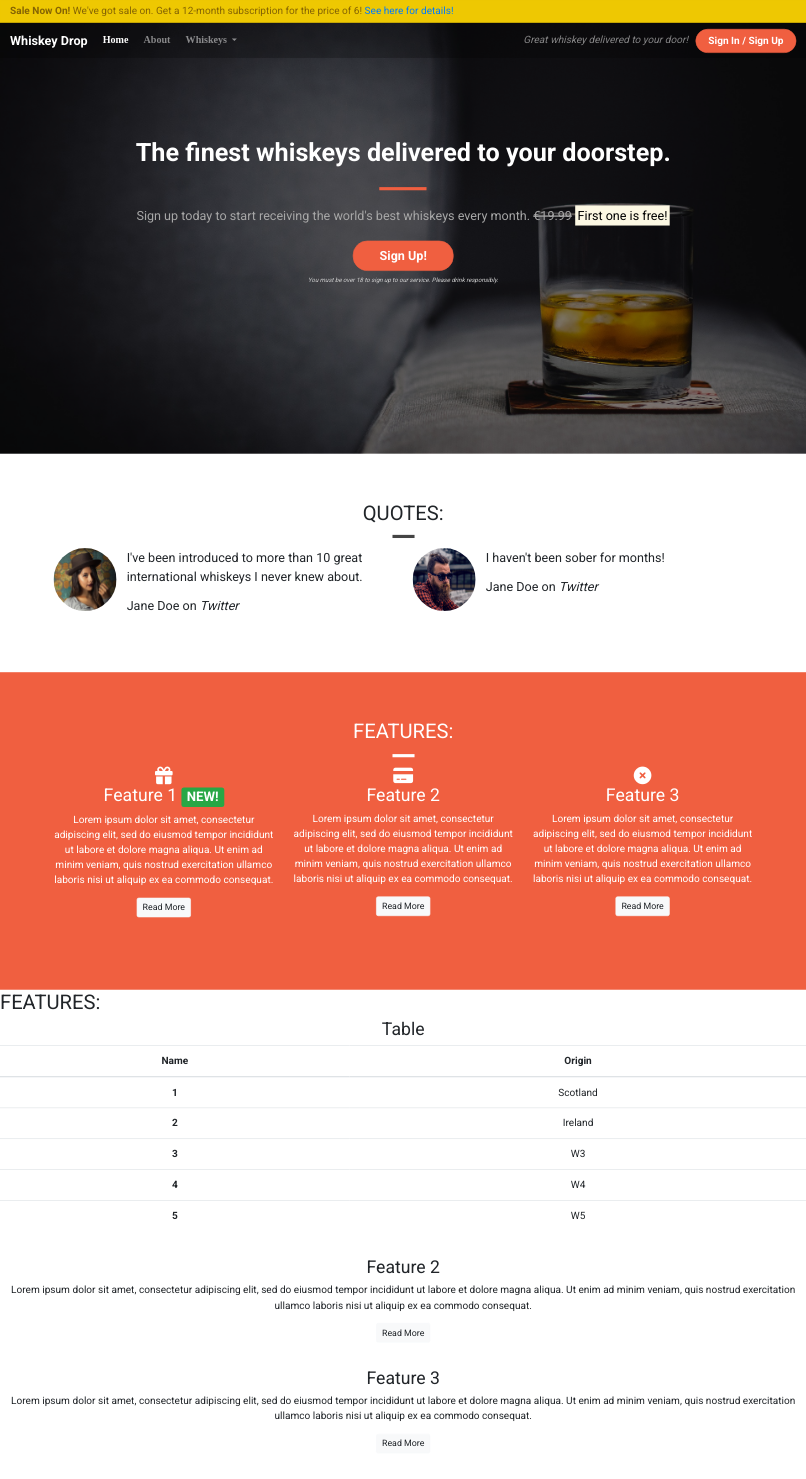
Repository: Coder731/blank_for_aws
Page: index2.html
The author's editor kept a record of every edit. The page is drawn from the files as they stood at one moment, then again after the next edit.
The browser window is 1280 px wide. The pictures show the whole page, at 63% of full size.
Backgrounds fixed to the window are drawn as part of the page. Some web libraries are served in a nearby version.

Above is the page before.

### index2.html
<!DOCTYPE html>
<html lang="en-us">

<head>
    <meta charset="utf-8">
    <meta name="viewport" content="width=device-width, initial-scale=1.0">
    <title>Whiskey Drop | Taste a new whiskey every month</title>
    <link rel="stylesheet" href="https://maxcdn.bootstrapcdn.com/bootstrap/4.1.3/css/bootstrap.min.css">
    <script src="https://kit.fontawesome.com/fb088b4228.js" crossorigin="anonymous"></script>
    <link href="https://fonts.googleapis.com/css?family=Roboto:400,700" rel="stylesheet">
    <link rel="preconnect" href="https://fonts.googleapis.com">
    <link rel="preconnect" href="https://fonts.gstatic.com" crossorigin>
    <link href="https://fonts.googleapis.com/css2?family=Roboto:wght@400;700&display=swap" rel="stylesheet">
    <link rel="stylesheet" href="css/style.css" type="text/css" />
</head>


<body>
    <div class="container-fluid navalert-container">
        <div class="container-fluid alert-container">
            <div class="row d-none d-sm-block">
                <div class="col-12">
                    <div class="site-wide-alert alert alert-warning">
                        <strong>Sale Now On!</strong> We've got sale on. Get a 12-month subscription for the price of 6! <a href="">See here for details!</a>
                    </div>
                </div>
            </div>
        </div>
        <nav class="navbar navbar-dark navbar-expand-sm">
            <a href="/" class="navbar-brand">Whiskey Drop</a>

            <button class="navbar-toggler ml-auto" type="button" data-toggle="collapse" data-target="#navbarNavDropdown" aria-controls="navbarNavDropdown" aria-expanded="false" aria-label="Toggle navigation">
            <span class="navbar-toggler-icon"></span></button>

            <div style="font-family: 'Font Name', serif;" class="collapse navbar-collapse" id="navbarNavDropdown">
                <ul class="navbar-nav mr-auto">
                    <li class="active nav-item mr-2"><a class="nav-link" href="/">Home</a></li>
                    <li class="nav-item mr-2"><a class="nav-link" href="/about">About</a></li>
                    <li class="nav-item dropdown">
                        <a class="nav-link dropdown-toggle" href="#" id="navbarDropdownMenuLink" role="button" data-toggle="dropdown" aria-haspopup="true" aria-expanded="false">
                            Whiskeys
                        </a>
                        <div class="dropdown-menu" aria-labelledby="navbarDropdownMenuLink">
                            <a class="dropdown-item" href="#">Irish</a>
                            <a class="dropdown-item" href="#">Scotch</a>
                            <a class="dropdown-item" href="#">Japanese</a>
                            <a class="dropdown-item" href="#">American</a>
                        </div>
                    </li>

                    <li class="nav-item mr-2 d-block d-sm-none"><a class="nav-link" href="/login">Sign In / Sign Up</a></li>
                </ul>
            </div>
            <div class="d-none d-md-block">
                <p class="navbar-text my-auto mr-2"><i>Great whiskey delivered to your door!</i></p>
                <a href="/login" class="btn btn--cta btn--red">Sign In / Sign Up</a>
            </div>
        </nav>
    </div>

    <div class="container-fluid callout-container">
        <!-- Callout -->
        <div class="opaque-overlay">&nbsp;</div>
        <div class="row">
            <div class="col-12">
                <section class="callout jumbotron text-center">
                    <h1 class="jumbotron-header">The finest whiskeys delivered to your doorstep.</h1>
                    <hr class="block-divider block-divider--orange">
                    <p class="lead">Sign up today to start receiving the world's best whiskeys every month.
                        <s class="d-none d-sm-inline">€19.99</s>
                        <span class="d-inline d-sm-none"><br></span>
                        <strong><mark>First one is free!</mark></strong></p>
                    <button class="btn btn-lg btn--cta btn--red" data-toggle="modal" data-target="#signUpModal">Sign Up!</button>
                    <p class="text-muted"><small>You must be over 18 to sign up to our service. Please drink responsibly.</small></p>
                </section>
            </div>
        </div>
        <!-- /.callout -->
    </div>

        <!-- Quotes -->
        <div class="container-wrapper">
            <div class="container quotes-container content-container">
            <section class="quotes">
                <div class="row">
                    <div class="col-12 page-header">
                        <h2 class="text-uppercase">Quotes:</h2>
                        <hr class="block-divider block-divider--short">
                    </div>
                </div>
                <div class="row">
                    <div class="col-12 col-md-6">
                        <div class="media">
                            <div class="d-none d-sm-block">
                            <img src="images/girl-image.png" class="rounded-circle mr-3" height=100 width=100>
                            </div>
                            <div class="media-body">
                                <blockquote class="blockquote">
                                    <p>I've been introduced to more than 10 great international whiskeys I never knew about.</p>
                                    <footer>Jane Doe on <cite title="Twitter">Twitter</cite></footer>
                                </blockquote>
                            </div>
                        </div>
                    </div>
                    <div class="col-12 col-md-6">
                        <div class="media">
                            <div class="d-none d-sm-block">
                                <img src="images/guy-image.png" class="rounded-circle mr-3" height=100 width=100>
                            </div>
                            <div class="media-body">
                                <blockquote class="blockquote">
                                    <p>I haven't been sober for months!</p>
                                    <footer>Jane Doe on <cite title="Twitter">Twitter</cite></footer>
                                </blockquote>
                            </div>
                        </div>
                    </div>
            </section>
            <!-- /.quotes -->
            </div>
        </div>

        <!-- Features -->
        <div class="container-wrapper container-wrapper--red">
            <div class="container features-container content-container">
                <section class="features">
                    <div class="row">
                        <div class="col-12 page-header">
                            <h2 class="text-uppercase">Features:</h2>
                            <hr class="block-divider block-divider--short block-divider--white">
                        </div>
                    </div>
                    <div class="row">
                        <div class="col-12 col-md-6 col-lg-4">
                            <div class="feature">
                                <h3><i class="fas fa-gift d-none d-sm-block"></i> Feature 1 <span class="badge badge-success">NEW!</span></h3>
                                <p>Lorem ipsum dolor sit amet, consectetur adipiscing elit, sed do eiusmod tempor incididunt ut labore et dolore magna aliqua. Ut enim ad minim veniam, quis nostrud exercitation ullamco laboris nisi ut aliquip ex ea commodo consequat.</p>
                                <p><a class="btn btn-sm btn-light" href="">Read More</a></p>
                            </div>
                        </div>
                        <div class="col-12 col-md-6 col-lg-4">
                            <div class="feature">
                                <h3><i class="fas fa-credit-card d-none d-sm-block"></i> Feature 2</h3>
                                <p>Lorem ipsum dolor sit amet, consectetur adipiscing elit, sed do eiusmod tempor incididunt ut labore et dolore magna aliqua. Ut enim ad minim veniam, quis nostrud exercitation ullamco laboris nisi ut aliquip ex ea commodo consequat.</p>
                                <p><a class="btn btn-sm btn-light" href="">Read More</a></p>
                            </div>
                        </div>
                        <div class="col-12 d-md-none d-lg-block col-lg-4">
                            <div class="feature">
                                <h3><i class="fas fa-times-circle d-none d-sm-block"></i> Feature 3</h3>
                                <p>Lorem ipsum dolor sit amet, consectetur adipiscing elit, sed do eiusmod tempor incididunt ut labore et dolore magna aliqua. Ut enim ad minim veniam, quis nostrud exercitation ullamco laboris nisi ut aliquip ex ea commodo consequat.</p>
                                <p><a class="btn btn-sm btn-light" href="">Read More</a></p>
                            </div>
                        </div>
                    </div>
                </section>
            <!-- /.features -->
            </div>
        </div>

        <!-- Monthly Favorites -->
        <section class="features">
            <h2 class="text-uppercase">Features:</h2>
            <div class="feature">
                <h3>Table</h3>
                <table class="table">
                  <thead>
                    <tr>
                      <th scope="col">Name</th>
                      <th scope="col">Origin</th>
                    </tr>
                  </thead>
                  <tbody>
                    <tr>
                      <th scope="row">1</th>
                      <td>Scotland</td>
                    </tr>
                    <tr>
                      <th scope="row">2</th>
                      <td>Ireland</td>
                    </tr>
                    <tr>
                      <th scope="row">3</th>
                      <td>W3</td>
                    </tr>
                    <tr>
                      <th scope="row">4</th>
                      <td>W4</td>
                    </tr>
                    <tr>
                      <th scope="row">5</th>
                      <td>W5</td>
                    </tr>
                  </tbody>
                </table>
            </div>
            <div class="feature">
                <h3>Feature 2</h3>
                <p>Lorem ipsum dolor sit amet, consectetur adipiscing elit, sed do eiusmod tempor incididunt ut labore et dolore magna aliqua. Ut enim ad minim veniam, quis nostrud exercitation ullamco laboris nisi ut aliquip ex ea commodo consequat.</p>
                <p><a class="btn btn-sm btn-light" href="">Read More</a></p>
            </div>
            <div class="feature">
                <h3>Feature 3</h3>
                <p>Lorem ipsum dolor sit amet, consectetur adipiscing elit, sed do eiusmod tempor incididunt ut labore et dolore magna aliqua. Ut enim ad minim veniam, quis nostrud exercitation ullamco laboris nisi ut aliquip ex ea commodo consequat.</p>
                <p><a class="btn btn-sm btn-light" href="">Read More</a></p>
            </div>
        </section>
        <!-- /. Monthly Favorites -->


    <div class="modal" tabindex="-1" role="dialog" id="signUpModal">
        <div class="modal-dialog" role="document">
            <div class="modal-content">
                <div class="modal-header">
                    <h5 class="modal-title">Sign Up To Whiskey Drop!</h5>
                    <button type="button" class="close" data-dismiss="modal" aria-label="Close">
          <span aria-hidden="true">&times;</span>
        </button>
                </div>
                <div class="modal-body">
                    <form>
                        <div class="form-group">
                            <label for="exampleInputEmail1">Email address</label>
                            <input type="email" class="form-control" id="exampleInputEmail1" aria-describedby="emailHelp" placeholder="Enter email">
                            <small id="emailHelp" class="form-text text-muted">We'll never share your email with anyone else.</small>
                        </div>
                        <div class="form-group">
                            <label for="password">Password</label>
                            <input type="password" class="form-control" id="password" placeholder="Password">
                        </div>
                        <div class="form-group">
                            <label for="repeatPassword">Repeat Password</label>
                            <input type="password" class="form-control" id="repeatPassword" placeholder="Repeat Password">
                        </div>
                        <button type="submit" class="btn btn-success">Submit</button>
                    </form>
                </div>
            </div>
        </div>
    </div>

    <script src="https://code.jquery.com/jquery-3.3.1.slim.min.js" integrity="sha384-q8i/X+965DzO0rT7abK41JStQIAqVgRVzpbzo5smXKp4YfRvH+8abtTE1Pi6jizo" crossorigin="anonymous"></script>
    <script src="https://cdnjs.cloudflare.com/ajax/libs/popper.js/1.14.3/umd/popper.min.js" integrity="sha384-ZMP7rVo3mIykV+2+9J3UJ46jBk0WLaUAdn689aCwoqbBJiSnjAK/l8WvCWPIPm49" crossorigin="anonymous"></script>
    <script src="https://stackpath.bootstrapcdn.com/bootstrap/4.1.3/js/bootstrap.min.js" integrity="sha384-ChfqqxuZUCnJSK3+MXmPNIyE6ZbWh2IMqE241rYiqJxyMiZ6OW/JmZQ5stwEULTy" crossorigin="anonymous"></script>
</body>

</html>

### css/style.css
body {
    font-family: 'Roboto', sans-serif;
}

.container-wrapper {}

.container-wrapper--red {
    background-color: #f05f40;
    color: white;
}

.alert-container .col-12 {
    padding-left: 0;
    padding-right: 0;
}

.site-wide-alert {
    border-radius: 0;
    margin-bottom: 0;
    padding: 5px 15px;
    background-color: #eec802;
    border-color: #eec802;
}

.callout-container {
    height: 100vh;

    background: url("../images/whiskey-background.jpg") no-repeat bottom right fixed;
    -webkit-background-size: cover;
    -moz-background-size: cover;
    -o-background-size: cover;
    background-size: cover;

    display: flex;
    align-items: center;
    justify-content: center;

    position: relative;

}

.opaque-overlay {
    position: absolute;
    top: 0;
    left: 0;
    height: 100%;
    width: 100%;
    background-color: rgba(0,0,0,0.5);
}

.quotes-container {}

.features-container {}

/* Page headers */

.page-header {
    margin-bottom: 0;
    border-bottom: 0;
    text-align: center;
}

.page-header h2 {
    margin-top: 0;
}

/* Block dividers */

.block-divider {
    width: 75px;
    height: 5px;
    border: 0;
    background-color: #444;
}

.block-divider--orange {
    background-color: #f05f40;
}

.block-divider--white {
    background-color: white;
}

.block-divider--short {
    width: 35px;
}

/* Content containers */

.content-container {
    padding-top: 75px;
    padding-bottom: 75px;
}

/* Navbar */

.navalert-container {
    position: absolute;
    top: 0;
    left: 0;
    padding-left: 0;
    padding-right: 0;
    z-index: 1;
}

.navbar {
    margin-bottom: 0;
    border: 0;
    width: 100%;
    background-color: rgba(0,0,0,0.25);
}

.navbar .navbar-toggler {
    border:  0;
}

.navbar-brand {
    font-weight: bold;
}

.navbar .navbar-nav a {
    font-weight: bold;
}

/*Jumbotron*/

.jumbotron {
    background-color: transparent;
}

.jumbotron-header {
    color: white;
    font-weight:bold;
    margin-bottom: 30px;
}

.jumbotron .lead {
    margin: 25px 0;
    color: #a7a7a7;
}

.jumbotron small {
    font-size: 60%;
    font-style: italic;
    color: #d0d0d0;
}

/* Buttons */

.btn--cta {
    font-weight: bold;
    border-radius: 23px;
    width: 160px;
}

.btn--red {
    color: white;
    background-color: #f05f40;
    border-color: #f05f40;
}

.btn--red:hover,
.btn--red:active,
.btn--red:focus,
.btn--red:active:focus {
    background-color: #df4929;
    border-color: #df4929;
}

.feature {
    text-align: center;
    margin-bottom: 40px;
}

After the next edit:
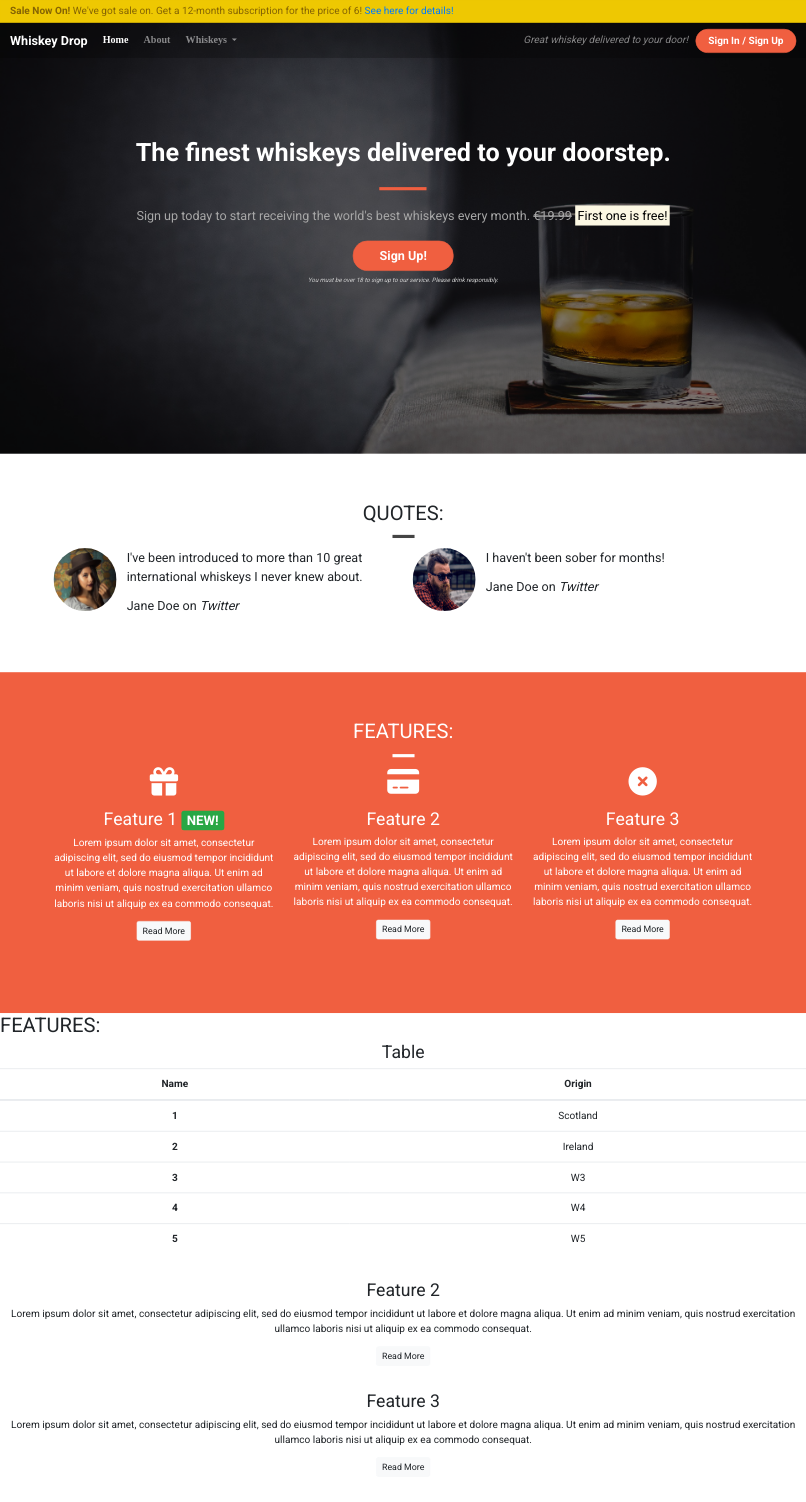
The edit:
--- a/css/style.css
+++ b/css/style.css
@@ -171,3 +171,9 @@
     text-align: center;
     margin-bottom: 40px;
 }
+
+.feature i {
+    margin-bottom: 20px;
+    font-size: 45px;
+    line-height: 45px;
+}
